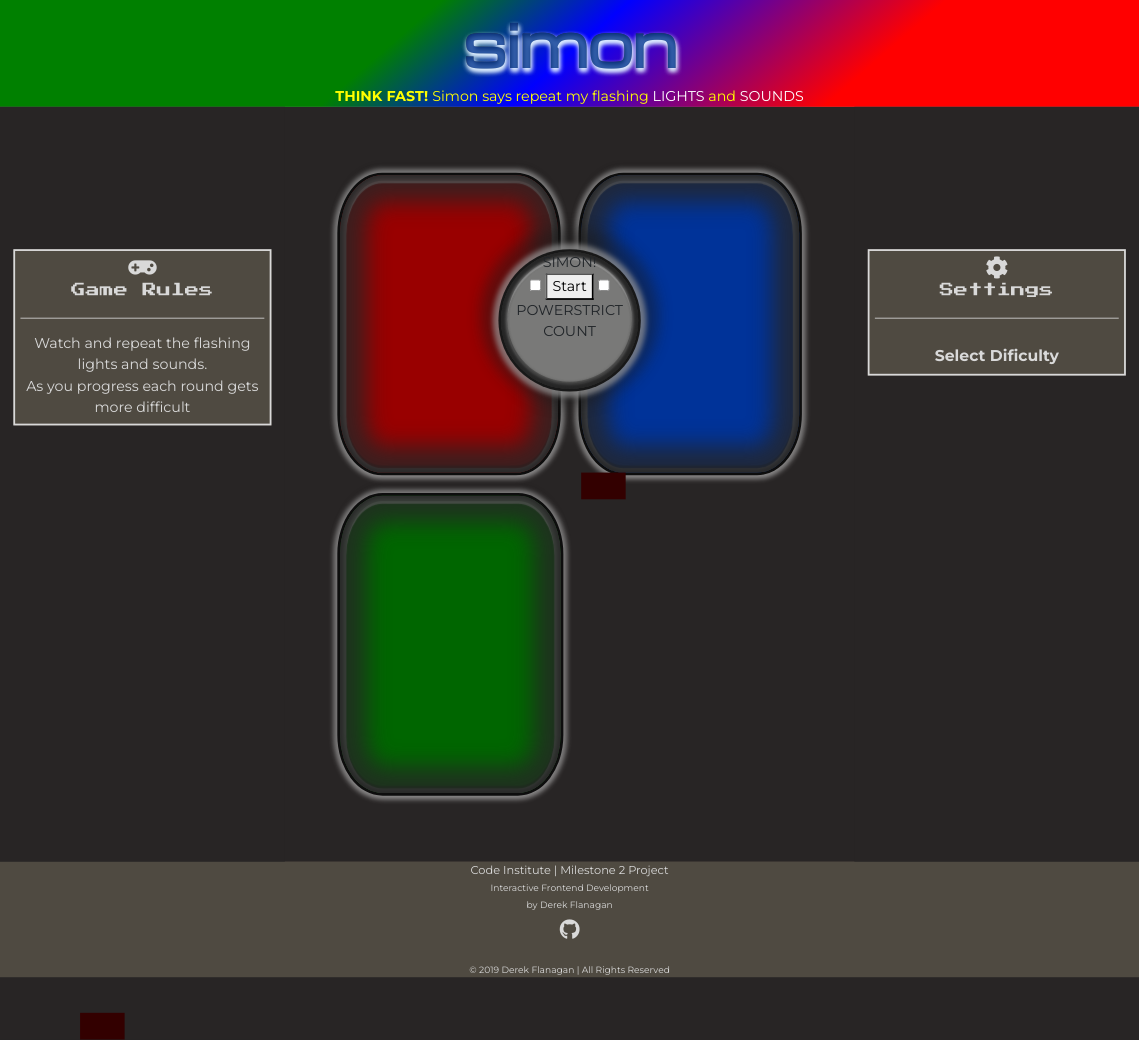
Repository: ThePixel8or/milestone-project-2
Page: index.html
The author's editor kept a record of every edit. The page is drawn from the files as they stood at one moment, then again after the next edit.
The browser window is 1280 px wide. The pictures show the whole page, at 89% of full size.
Some web libraries are served in a nearby version.

Above is the page before.

After the next edit:
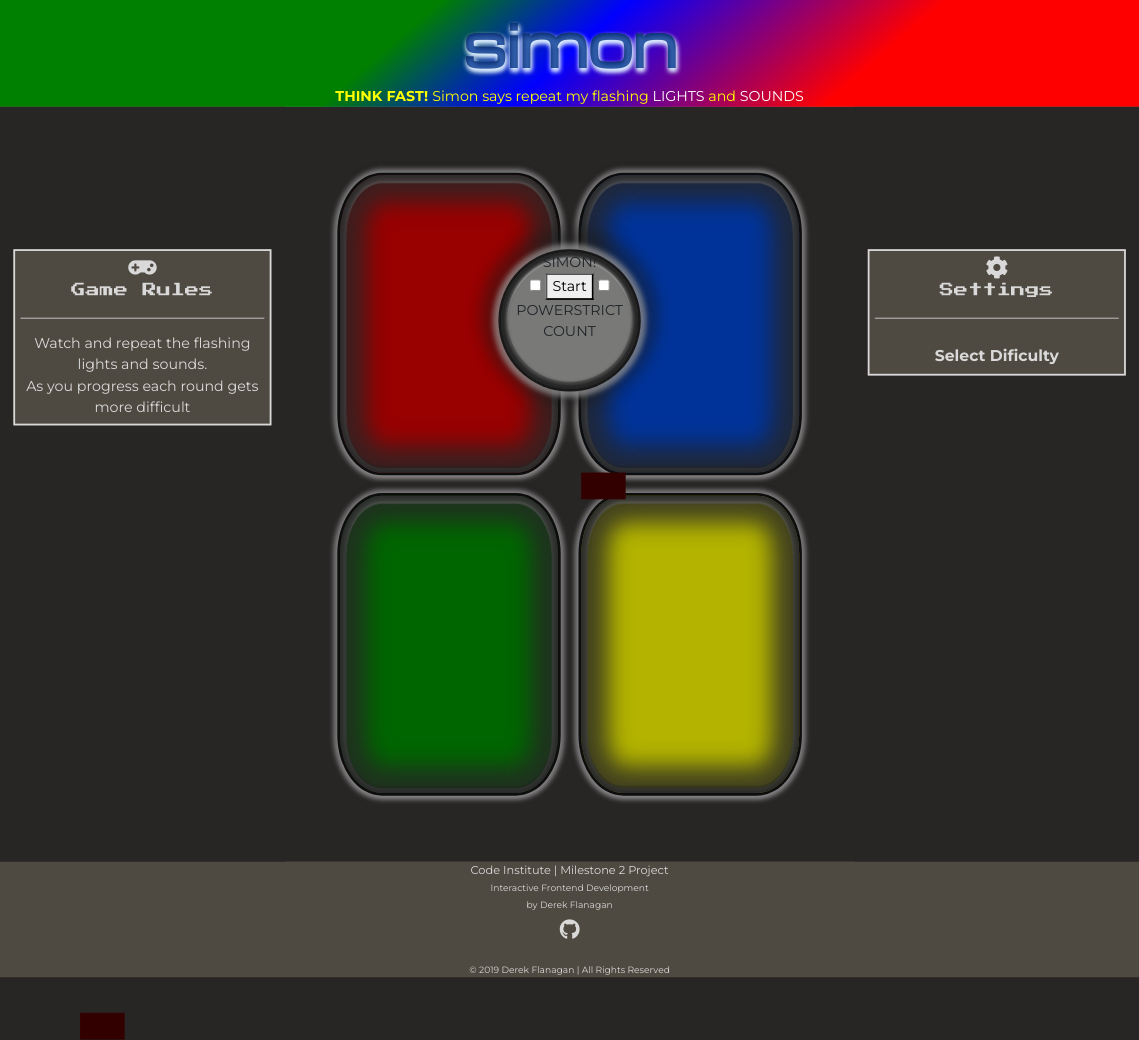
The edit:
--- a/assets/css/style.css
+++ b/assets/css/style.css
@@ -134,7 +134,7 @@
 /*}*/
 
 
-#bottomright {
+#button4 {
     background-color: #b3b300;
 
   border: solid 3px #0d0d0d; /* Fallback colour */
